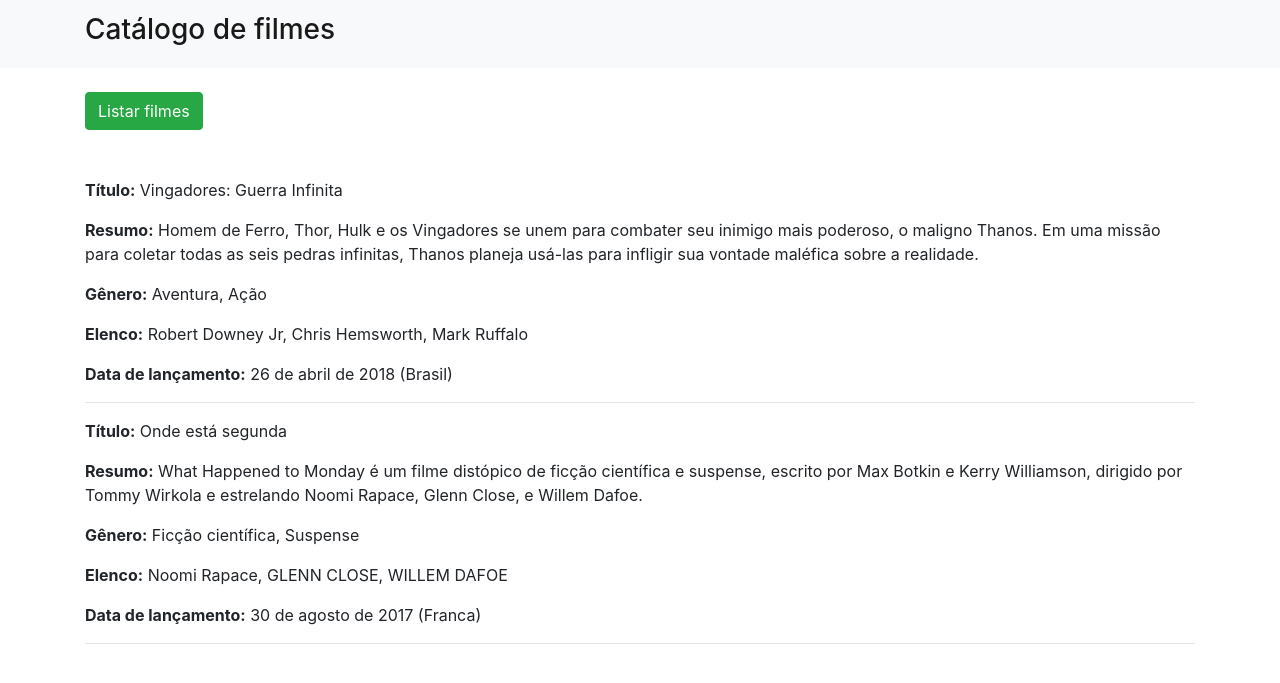
Repository: FredeRibeiro/htdocs-Desenvolvimento-Web-Completo-2019
Page: ajax/filmes2.html
These files come from the project's save history. The page is drawn as it stood at one moment and after the next save; the edit follows.
The browser window is 1280 px wide. The pictures show the whole page.
After loading, the first visible `button.btn` was clicked once.

Above is the page before, as saved 2019-10-16 15:17:51.

### ajax/filmes2.html
<html lang="pt-br">

<head>
	<meta charset="utf-8">
	<title>Catálogo de filmes</title>
	<link rel="stylesheet" href="https://stackpath.bootstrapcdn.com/bootstrap/4.1.3/css/bootstrap.min.css"
		integrity="sha384-MCw98/SFnGE8fJT3GXwEOngsV7Zt27NXFoaoApmYm81iuXoPkFOJwJ8ERdknLPMO" crossorigin="anonymous">

	<script src="xmltojson.js"></script>
	<script>
		function getFilmes() {
			let xmlHttp = new XMLHttpRequest();
			xmlHttp.open('GET', 'http://localhost/ajax/filmes.xml')

			xmlHttp.onreadystatechange = () => {
				if (xmlHttp.readyState == 4 && xmlHttp.status == 200) {
					let XMLFilmes = xmlHttp.responseText
					//console.log(XMLFilmes)
					let parser = new DOMParser()

					domFilmes = parser.parseFromString(XMLFilmes, 'text/xml')

					//console.log(domFilmes)

					jsonFilmes = xmlToJson(domFilmes)

					//console.log(jsonFilmes)

					for (let i in jsonFilmes['filmes']['filme']) {
						let item = jsonFilmes['filmes']['filme'][i]

						let divRow = document.createElement('div')
						divRow.className = 'row'

						let divCol = document.createElement('div')
						divCol.className = 'col'

						let p1 = document.createElement('p')
						p1.innerHTML = '<strong>Título:</strong> ' + item['titulo']['#text']

						let p2 = document.createElement('p')
						p2.innerHTML = '<strong>Resumo:</strong> ' + item['resumo']['#text']

						let genero = ''
						for (let g in item.genero) {
							if (genero) genero += ', '

							genero += item.genero[g]['#text']
						}

						let p3 = document.createElement('p')
						p3.innerHTML = '<strong>Gênero:</strong> ' + genero

						let elenco = ''
						for (let e in item.elenco.ator) {
							if (elenco) elenco += ', '

							elenco += item.elenco.ator[e]['#text']
						}

						let p4 = document.createElement('p')
						p4.innerHTML = '<strong>Elenco:</strong> ' + elenco

						let p5 = document.createElement('p')
						p5.innerHTML = '<strong>Data de lançamento:</strong> ' + item.dataLancamento['#text'] + ' (' + item.dataLancamento['@attributes']['pais'] + ')'

						let hr = document.createElement('hr')

						divRow.appendChild(divCol)
						divCol.appendChild(p1)
						divCol.appendChild(p2)
						divCol.appendChild(p3)
						divCol.appendChild(p4)
						divCol.appendChild(p5)
						divCol.appendChild(hr)

						document.getElementById('lista').appendChild(divRow)

					}

				}

				if (xmlHttp.readyState == 4 && xmlHttp.status == 404) {
					//..
				}
			}

			xmlHttp.send()
		}
	</script>
</head>

<body>

	<nav class="navbar navbar-light bg-light mb-4">
		<div class="container">
			<div class="navbar-brand mb-0 h1">
				<h3>Catálogo de filmes</h3>
			</div>
		</div>
	</nav>

	<div class="container" id="lista">
		<div class="row mb-5">
			<div class="col">
				<button type="button" class="btn btn-success" onclick="getFilmes()">Listar filmes</button>
			</div>
		</div>


	</div>
</body>

</html>

### ajax/xmltojson.js
function xmlToJson(xml) {


    var obj = {}, i, j, attribute, item, nodeName, old;

    if (xml.nodeType === 1) { // element
        // do attributes
        if (xml.attributes.length > 0) {
            obj["@attributes"] = {};
            for (j = 0; j < xml.attributes.length; j = j + 1) {
                attribute = xml.attributes.item(j);
                obj["@attributes"][attribute.nodeName] = attribute.nodeValue;
            }
        }
    } else if (xml.nodeType === 3) { // text
        obj = xml.nodeValue.trim();
    }

    // do children
    if (xml.hasChildNodes()) {
        for (i = 0; i < xml.childNodes.length; i = i + 1) {
            item = xml.childNodes.item(i);
            nodeName = item.nodeName;
            if ((obj[nodeName]) === undefined) {
                obj[nodeName] = xmlToJson(item);
            } else {
                if ((obj[nodeName].push) === undefined) {
                    old = obj[nodeName];
                    obj[nodeName] = [];
                    obj[nodeName].push(old);
                }
                obj[nodeName].push(xmlToJson(item));
            }
        }
    }
    return obj;
};

Loaded but not shown: ajax/filmes.json (common file)

After the next save:
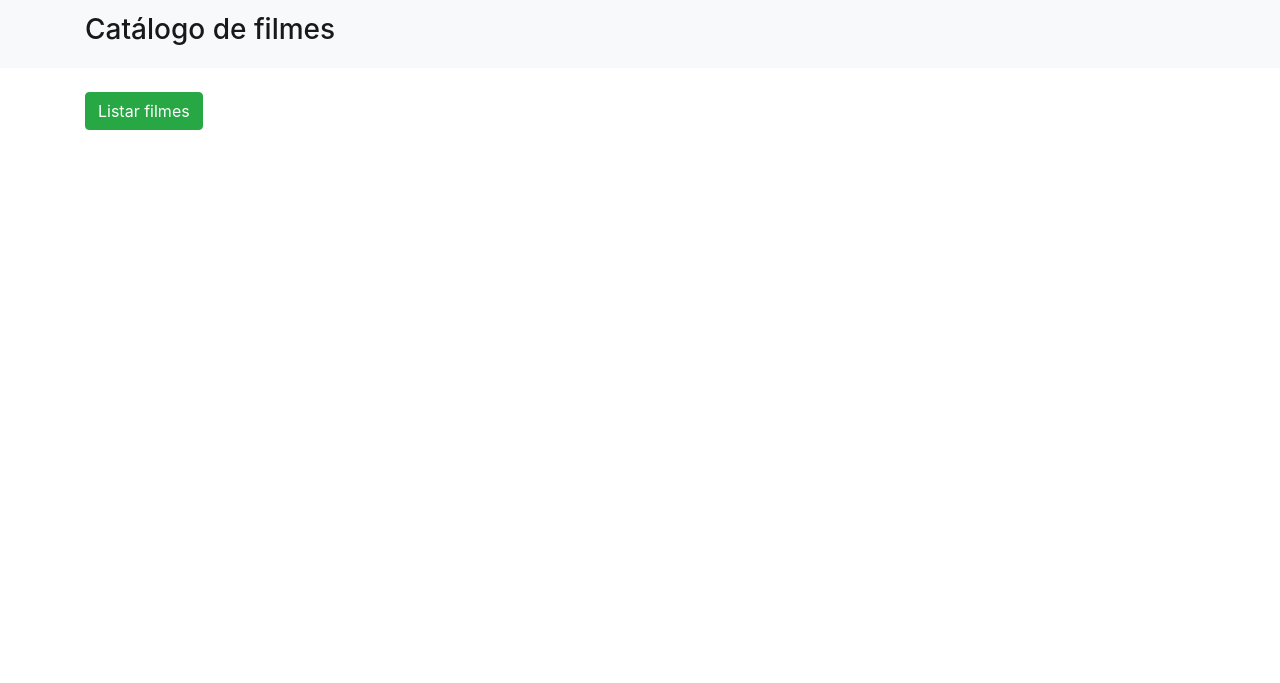
Console error: SyntaxError: Unexpected token '}'
Saved 72 s later.
--- a/ajax/filmes2.html
+++ b/ajax/filmes2.html
@@ -11,72 +11,6 @@
 		function getFilmes() {
 			let xmlHttp = new XMLHttpRequest();
 			xmlHttp.open('GET', 'http://localhost/ajax/filmes.xml')
-
-			xmlHttp.onreadystatechange = () => {
-				if (xmlHttp.readyState == 4 && xmlHttp.status == 200) {
-					let XMLFilmes = xmlHttp.responseText
-					//console.log(XMLFilmes)
-					let parser = new DOMParser()
-
-					domFilmes = parser.parseFromString(XMLFilmes, 'text/xml')
-
-					//console.log(domFilmes)
-
-					jsonFilmes = xmlToJson(domFilmes)
-
-					//console.log(jsonFilmes)
-
-					for (let i in jsonFilmes['filmes']['filme']) {
-						let item = jsonFilmes['filmes']['filme'][i]
-
-						let divRow = document.createElement('div')
-						divRow.className = 'row'
-
-						let divCol = document.createElement('div')
-						divCol.className = 'col'
-
-						let p1 = document.createElement('p')
-						p1.innerHTML = '<strong>Título:</strong> ' + item['titulo']['#text']
-
-						let p2 = document.createElement('p')
-						p2.innerHTML = '<strong>Resumo:</strong> ' + item['resumo']['#text']
-
-						let genero = ''
-						for (let g in item.genero) {
-							if (genero) genero += ', '
-
-							genero += item.genero[g]['#text']
-						}
-
-						let p3 = document.createElement('p')
-						p3.innerHTML = '<strong>Gênero:</strong> ' + genero
-
-						let elenco = ''
-						for (let e in item.elenco.ator) {
-							if (elenco) elenco += ', '
-
-							elenco += item.elenco.ator[e]['#text']
-						}
-
-						let p4 = document.createElement('p')
-						p4.innerHTML = '<strong>Elenco:</strong> ' + elenco
-
-						let p5 = document.createElement('p')
-						p5.innerHTML = '<strong>Data de lançamento:</strong> ' + item.dataLancamento['#text'] + ' (' + item.dataLancamento['@attributes']['pais'] + ')'
-
-						let hr = document.createElement('hr')
-
-						divRow.appendChild(divCol)
-						divCol.appendChild(p1)
-						divCol.appendChild(p2)
-						divCol.appendChild(p3)
-						divCol.appendChild(p4)
-						divCol.appendChild(p5)
-						divCol.appendChild(hr)
-
-						document.getElementById('lista').appendChild(divRow)
-
-					}
 
 				}
 

After the 3 saves that followed:
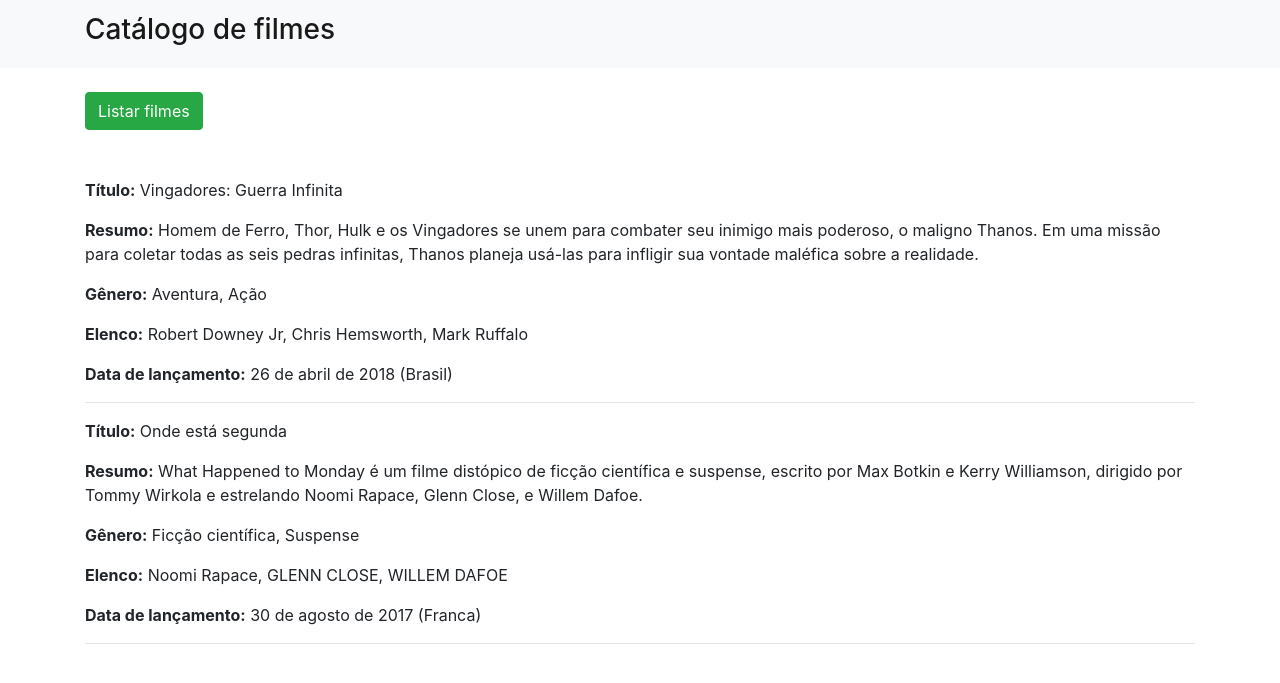
The error is gone.
The 3 saves are shown as one change because 2 left the picture as it was.
The last was saved 118 s later.
--- a/ajax/filmes2.html
+++ b/ajax/filmes2.html
@@ -1,48 +1,108 @@
 <html lang="pt-br">
+	<head>
+		<meta charset="utf-8">
+		<title>Catálogo de filmes</title>
+		<link rel="stylesheet" href="https://stackpath.bootstrapcdn.com/bootstrap/4.1.3/css/bootstrap.min.css" integrity="sha384-MCw98/SFnGE8fJT3GXwEOngsV7Zt27NXFoaoApmYm81iuXoPkFOJwJ8ERdknLPMO" crossorigin="anonymous">
 
-<head>
-	<meta charset="utf-8">
-	<title>Catálogo de filmes</title>
-	<link rel="stylesheet" href="https://stackpath.bootstrapcdn.com/bootstrap/4.1.3/css/bootstrap.min.css"
-		integrity="sha384-MCw98/SFnGE8fJT3GXwEOngsV7Zt27NXFoaoApmYm81iuXoPkFOJwJ8ERdknLPMO" crossorigin="anonymous">
+		<script src="xmltojson.js"></script>
+		<script>
+			function getFilmes() {
+				let xmlHttp = new XMLHttpRequest();
+				xmlHttp.open('GET', 'http://localhost/ajax/filmes.json')
 
-	<script src="xmltojson.js"></script>
-	<script>
-		function getFilmes() {
-			let xmlHttp = new XMLHttpRequest();
-			xmlHttp.open('GET', 'http://localhost/ajax/filmes.xml')
+				xmlHttp.onreadystatechange = () => {
+					if(xmlHttp.readyState == 4 && xmlHttp.status == 200) {
+						let JSONFilmes = xmlHttp.responseText
 
+						let objJSONFilmes = JSON.parse(JSONFilmes)
+
+						//console.log(objJSONFilmes)
+
+						for(let i in objJSONFilmes.filmes) {
+							let item = objJSONFilmes.filmes[i]
+
+							console.log(item)
+
+
+							let divRow = document.createElement('div')
+							divRow.className = 'row'
+
+							let divCol = document.createElement('div')
+							divCol.className = 'col'
+
+							let p1 = document.createElement('p')
+							p1.innerHTML = '<strong>Título:</strong> ' + item.titulo
+
+							let p2 = document.createElement('p')
+							p2.innerHTML = '<strong>Resumo:</strong> ' + item.resumo
+
+							let genero = ''
+							for(let g in item.generos) {
+								if(genero) genero += ', '
+
+								genero += item.generos[g].genero
+							}
+
+							let p3 = document.createElement('p')
+							p3.innerHTML = '<strong>Gênero:</strong> ' + genero
+
+							let elenco = ''
+							for(let e in item.elenco) {
+								if(elenco) elenco += ', '
+
+								elenco += item.elenco[e].ator
+							}
+
+							let p4 = document.createElement('p')
+							p4.innerHTML = '<strong>Elenco:</strong> ' + elenco
+
+							let p5 = document.createElement('p')
+							p5.innerHTML = '<strong>Data de lançamento:</strong> ' + item.dataLancamento.data + ' (' + item.dataLancamento.pais + ')'
+
+							let hr = document.createElement('hr')
+
+							divRow.appendChild(divCol)
+							divCol.appendChild(p1)
+							divCol.appendChild(p2)
+							divCol.appendChild(p3)
+							divCol.appendChild(p4)
+							divCol.appendChild(p5)
+							divCol.appendChild(hr)
+
+							document.getElementById('lista').appendChild(divRow)
+
+						}
+
+
+					}
+
+					if(xmlHttp.readyState == 4 && xmlHttp.status == 404) {
+						//..
+					}
 				}
 
-				if (xmlHttp.readyState == 4 && xmlHttp.status == 404) {
-					//..
-				}
+				xmlHttp.send()
 			}
+		</script>
+	</head>
+	<body>
 
-			xmlHttp.send()
-		}
-	</script>
-</head>
+		<nav class="navbar navbar-light bg-light mb-4">
+			<div class="container">
+				<div class="navbar-brand mb-0 h1">
+					<h3>Catálogo de filmes</h3>
+				</div>
+			</div>
+		</nav>
 
-<body>
-
-	<nav class="navbar navbar-light bg-light mb-4">
-		<div class="container">
-			<div class="navbar-brand mb-0 h1">
-				<h3>Catálogo de filmes</h3>
+		<div class="container" id="lista">
+			<div class="row mb-5">
+				<div class="col">
+					<button type="button" class="btn btn-success" onclick="getFilmes()">Listar filmes</button>
+				</div>
 			</div>
-		</div>
-	</nav>
-
-	<div class="container" id="lista">
-		<div class="row mb-5">
-			<div class="col">
-				<button type="button" class="btn btn-success" onclick="getFilmes()">Listar filmes</button>
-			</div>
-		</div>
 
 
-	</div>
-</body>
-
+		</div>
+	</body>
 </html>
